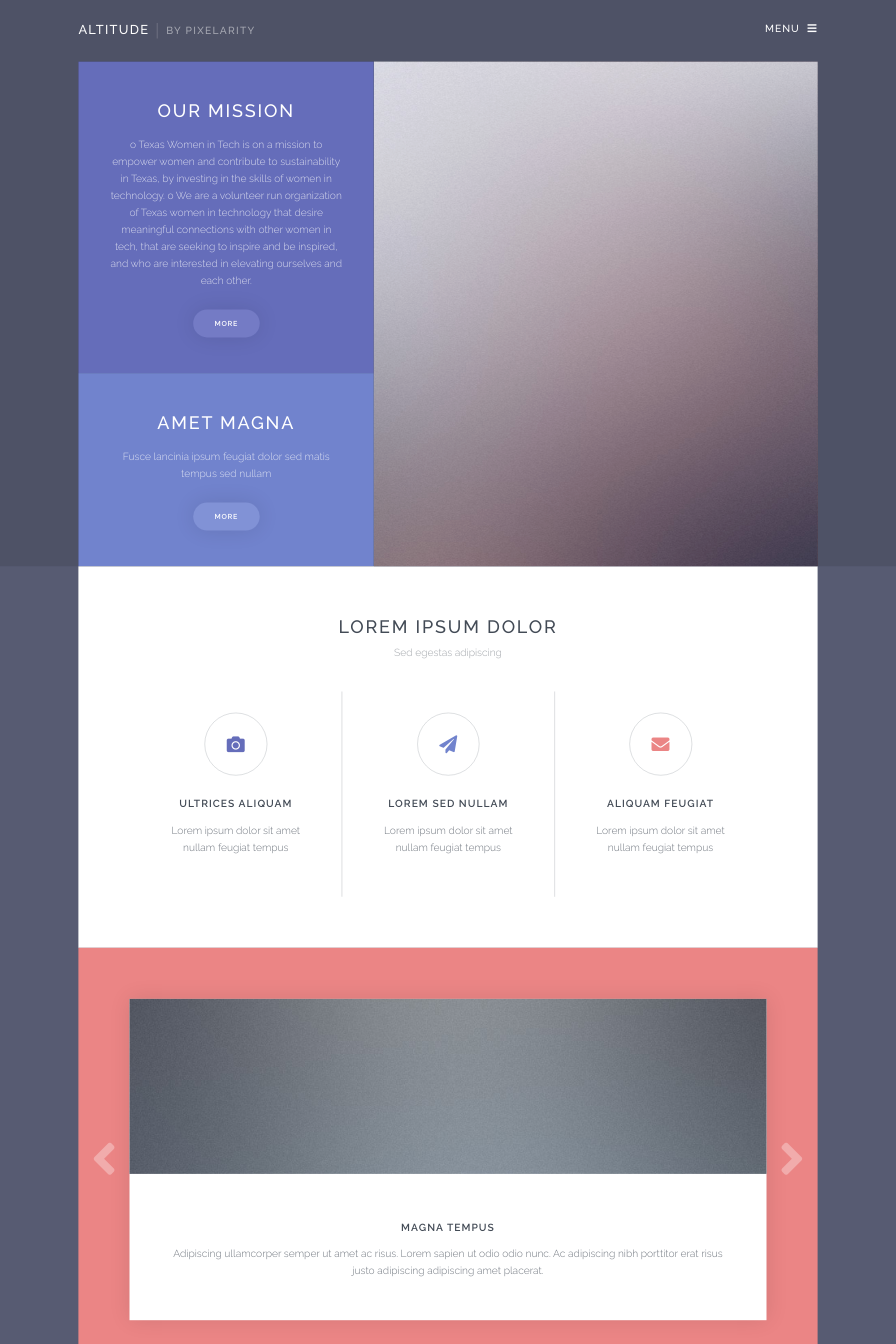
Repository: Roshanell/Houston-women-in-tech
Page: index.html
These files come from the project's save history. The page is drawn as it stood at one moment and after a run of saves; the edit follows.
The browser window is 1280 px wide. The pictures show the part of the page from y = 0 to 1920 px (the page is 3641 px tall before and 3617 px after), at 70% of full size.

Above is the page before, as saved 2022-12-11 15:49:44.

After the next 2 saves:
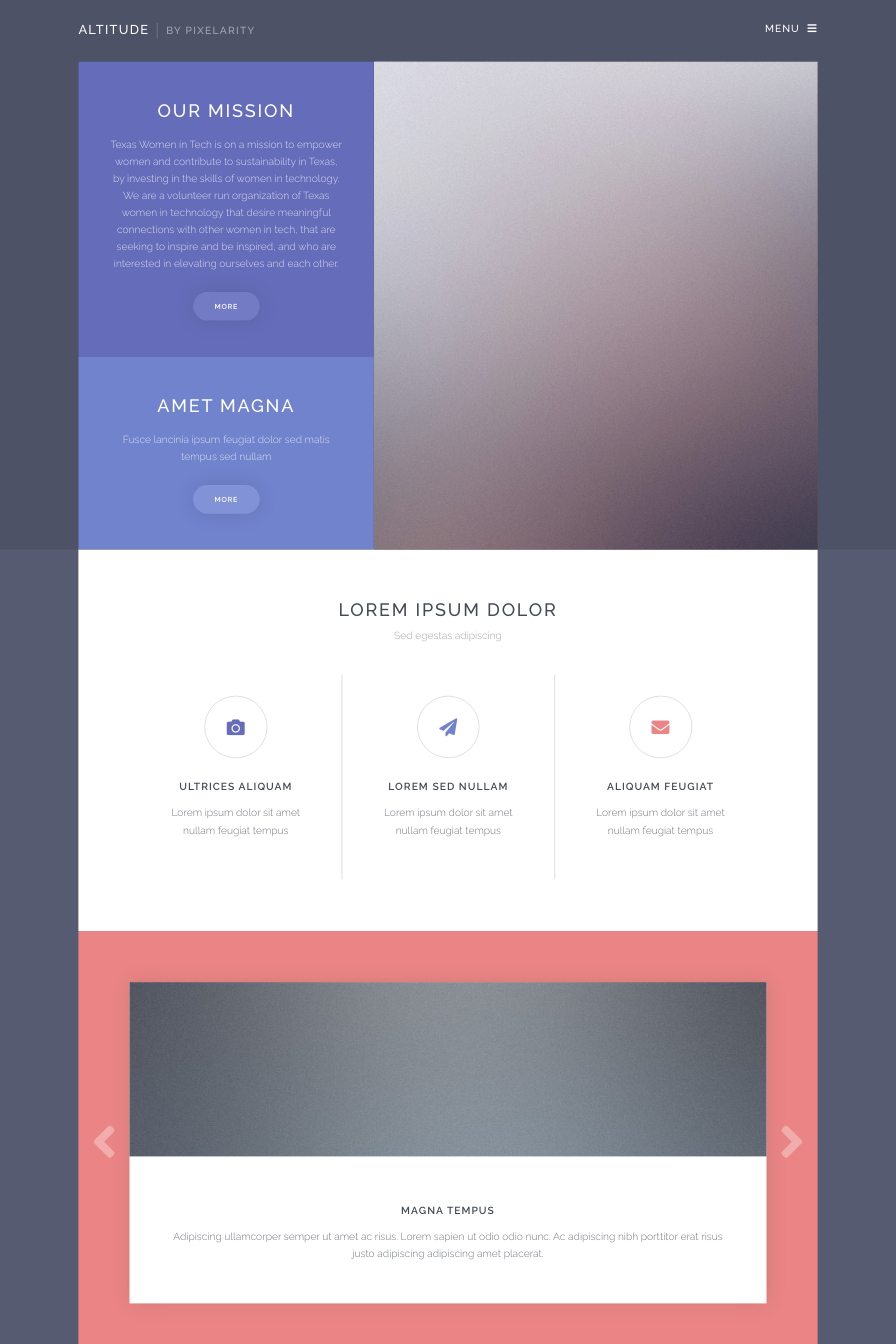
The 2 saves are shown as one change because they came seconds apart.
The last was saved 41 s later.
--- a/index.html
+++ b/index.html
@@ -44,8 +44,8 @@
 									<div class="items">
 										<section class="accent2">
 											<h1>Our Mission</h1>
-											<p>o	Texas Women in Tech is on a mission to empower women and contribute to sustainability in Texas, by investing in the skills of women in technology.
-												o	We are a volunteer run organization of Texas women in technology that desire meaningful connections with other women in tech, that are seeking to inspire and be inspired, and who are interested in elevating ourselves and each other.
+											<p>Texas Women in Tech is on a mission to empower women and contribute to sustainability in Texas, by investing in the skills of women in technology.
+													We are a volunteer run organization of Texas women in technology that desire meaningful connections with other women in tech, that are seeking to inspire and be inspired, and who are interested in elevating ourselves and each other.
 												</p>
 											<ul class="actions special">
 												<li><a href="#" class="button primary">More</a></li>
